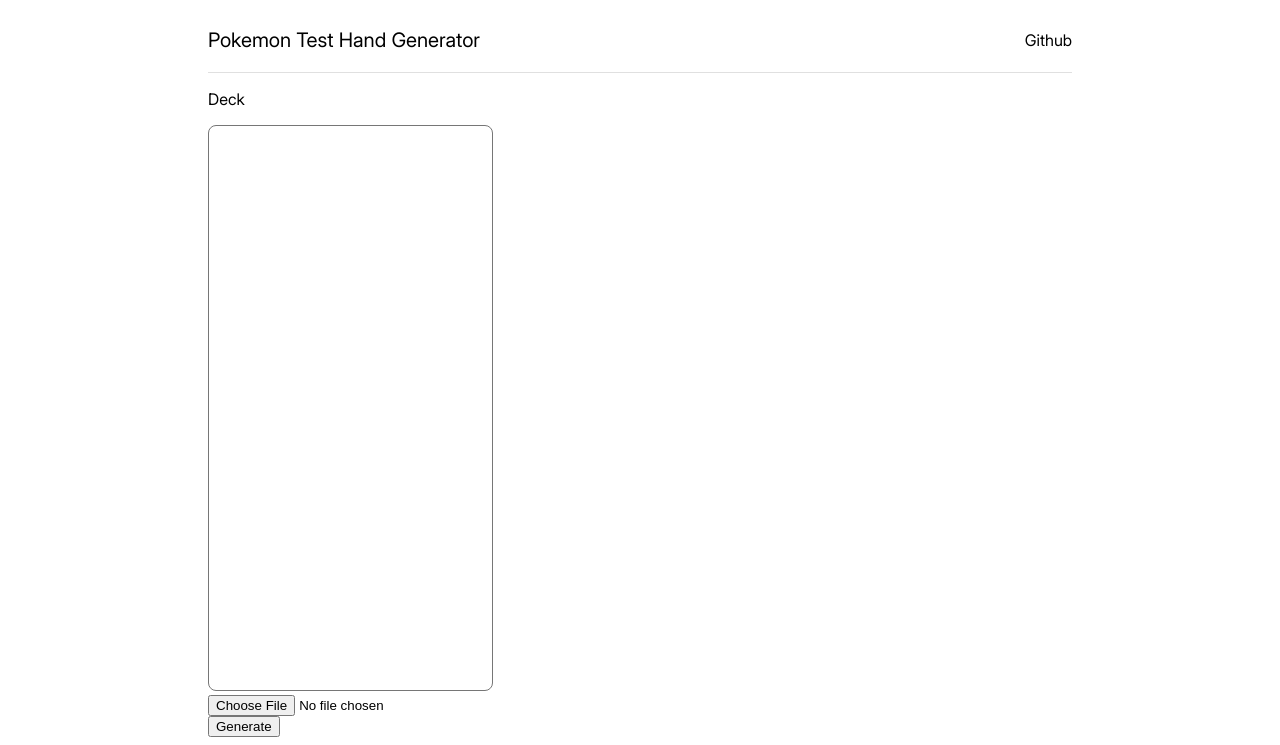
Repository: danielj1415/test-hand-simulator
Page: /
These files come from the project's save history. The page is drawn as it stood at one moment and after the next save; the edit follows.
The browser window is 1280 px wide. The pictures show the whole page.
The project was rebuilt for these pictures with package versions that can differ from the ones it lists, and the page was loaded fresh each time. Also part of the build but not shown: vite.config.ts, src/index.css.

Above is the page before, as saved 2024-10-31 17:53:20.

After the next save:
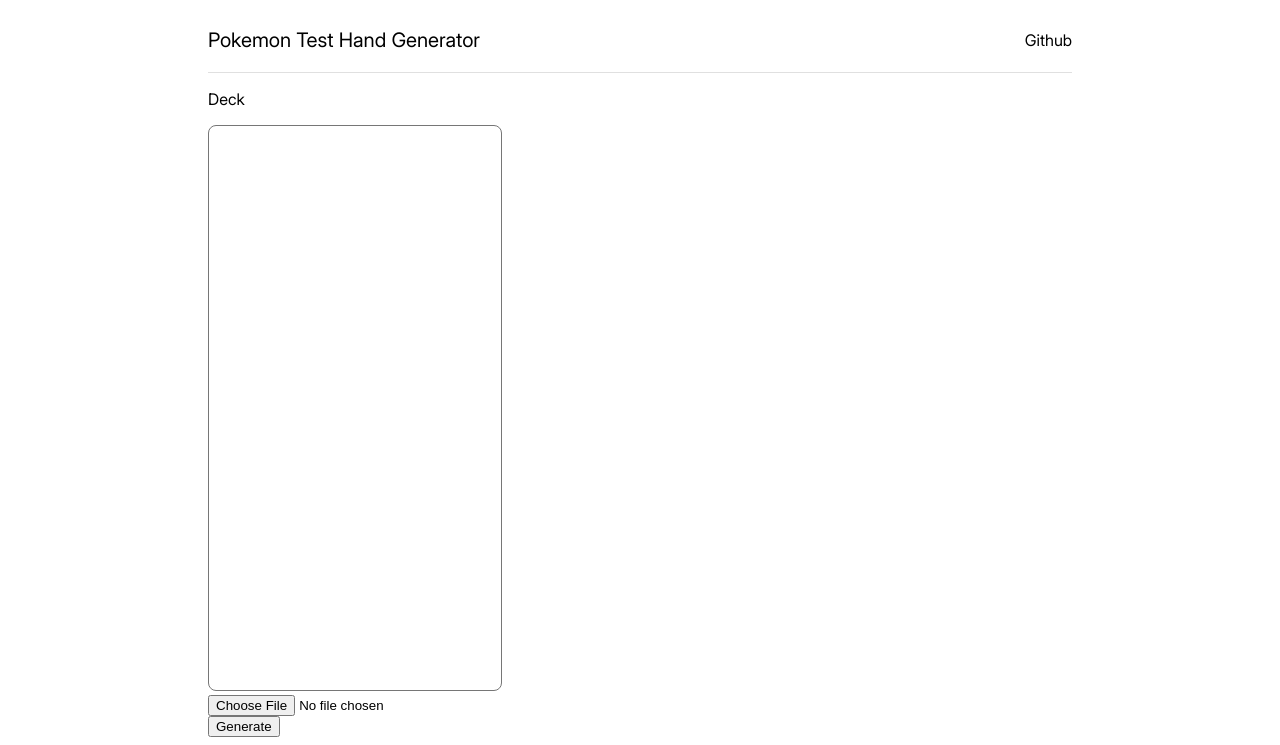
Saved 19 s later.
--- a/src/App.css
+++ b/src/App.css
@@ -39,7 +39,7 @@
 }
 
 .inputDeck{
-  width: 33%;
+  width: 34%;
   border-radius: 8px;
 }
 

After the save that followed:
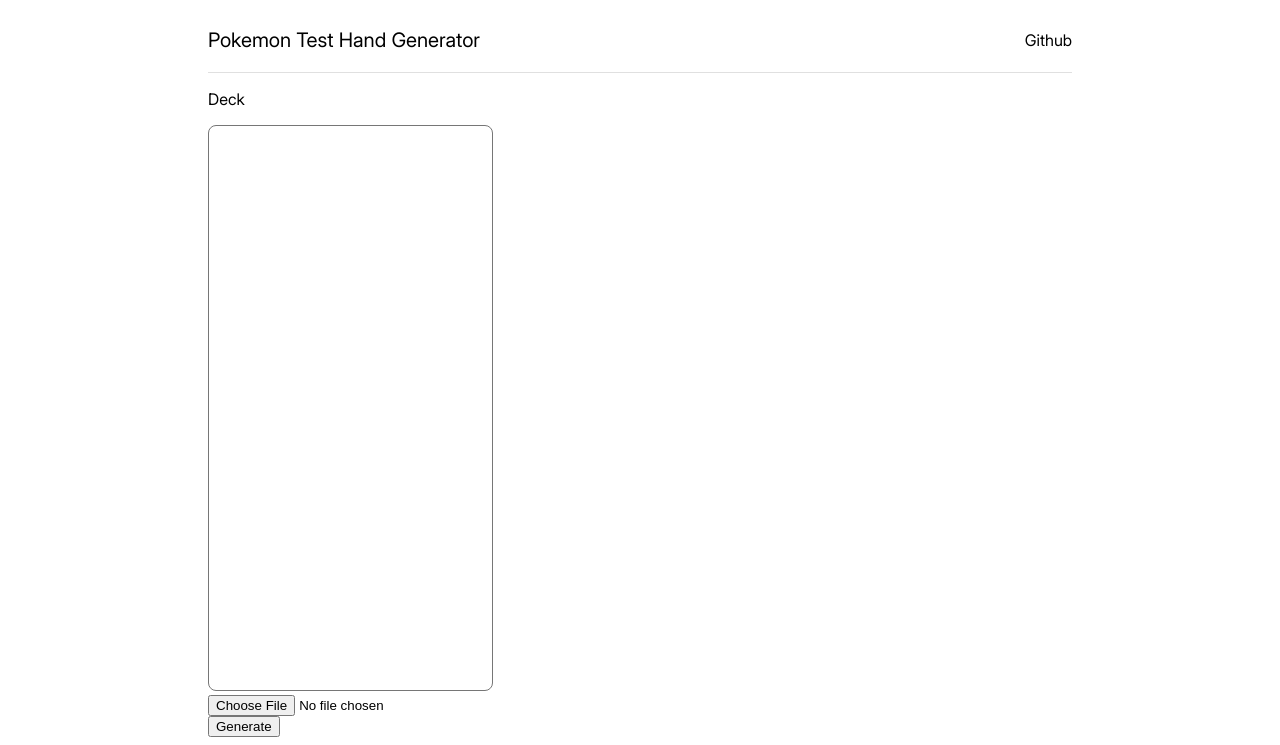
Saved 4 s later.
--- a/src/App.css
+++ b/src/App.css
@@ -39,7 +39,7 @@
 }
 
 .inputDeck{
-  width: 34%;
+  width: 33%;
   border-radius: 8px;
 }
 
